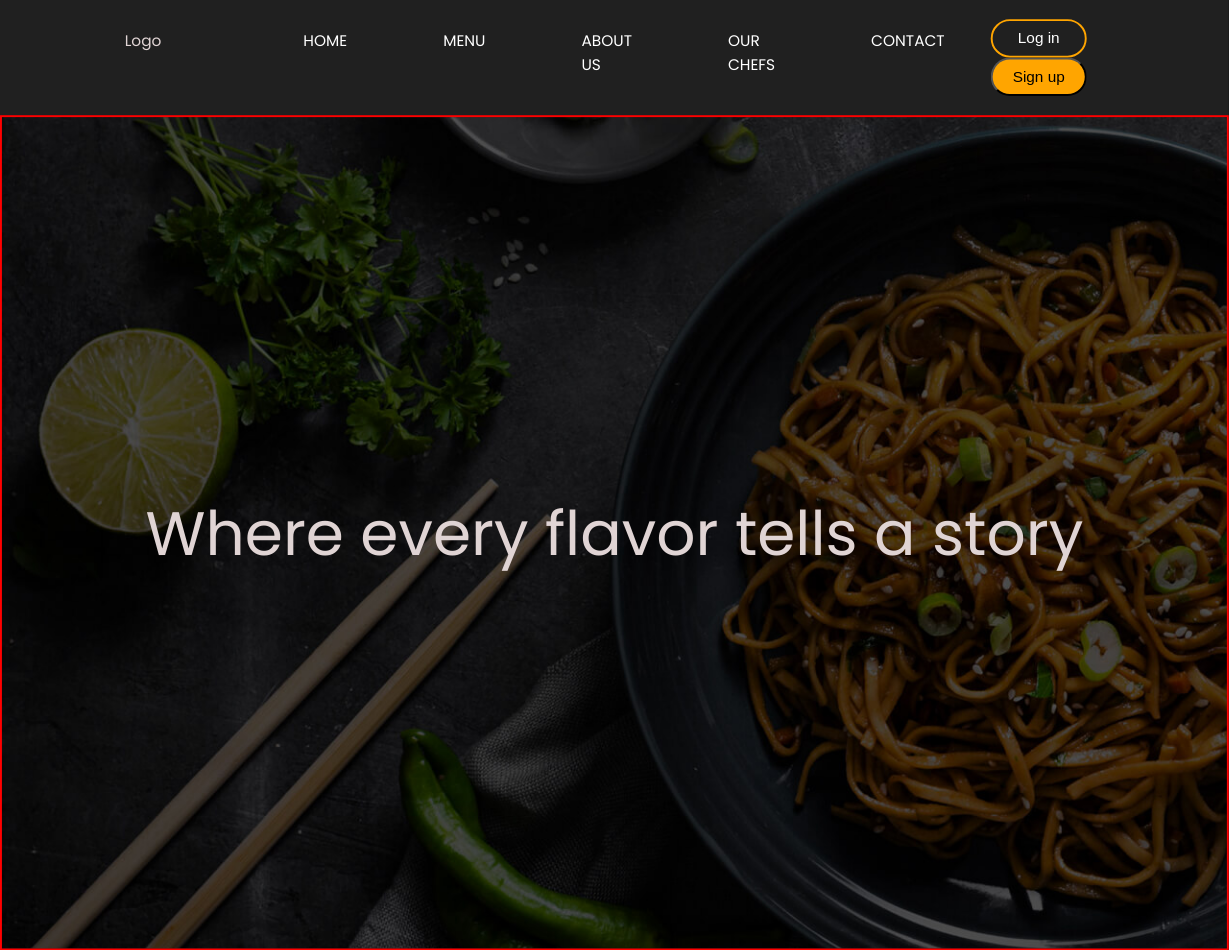
Repository: ThisIsSahaj/NSP
Page: index.html
An editor plug-in stored every save of this project. The page is shown before and after the next save, followed by the edit.
The browser window is 1280 px wide. The pictures show the whole page, at 96% of full size.

Above is the page before, as saved 2023-11-06 13:51:49.

After the next save:
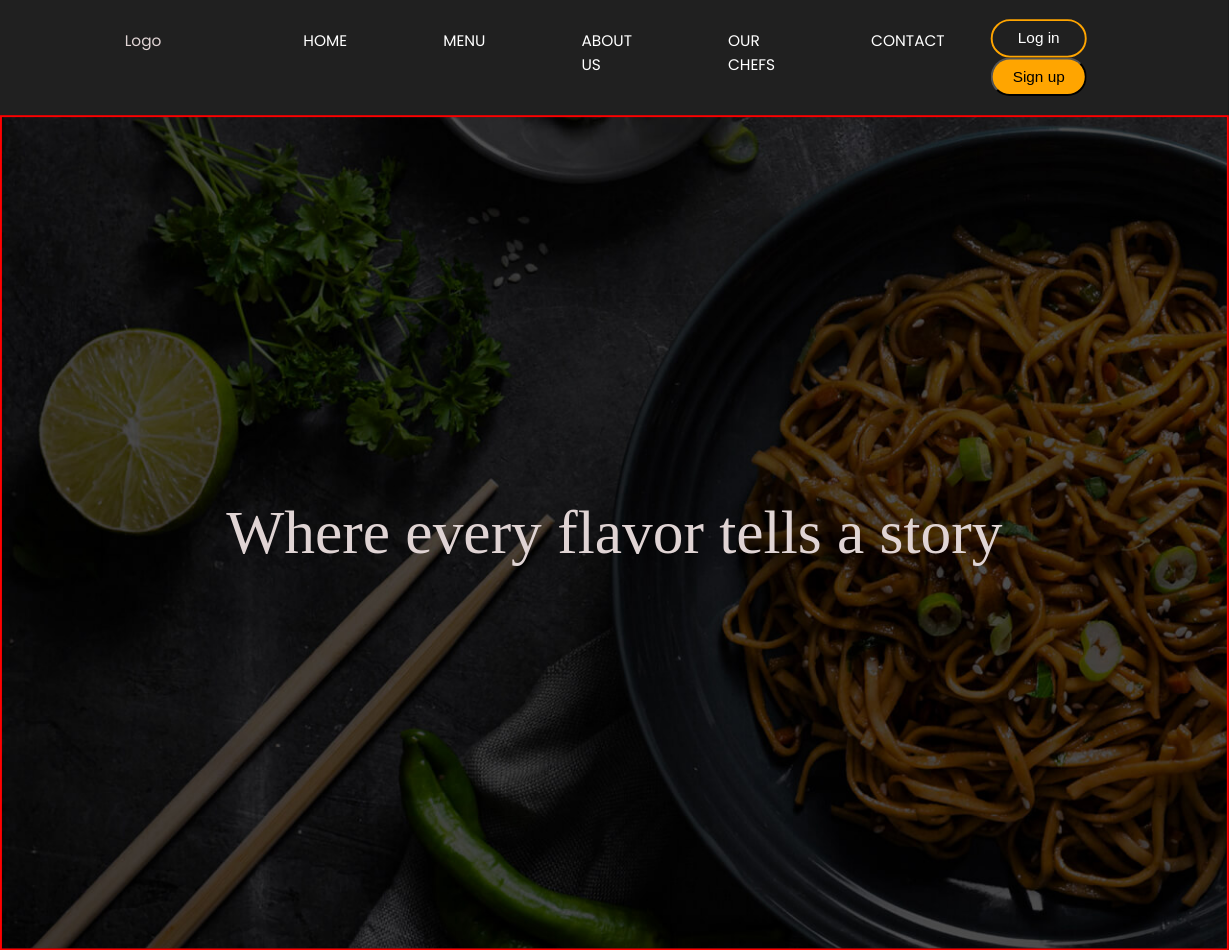
Saved 91 s later.
--- a/style.css
+++ b/style.css
@@ -1,4 +1,6 @@
 @import url('https://fonts.googleapis.com/css2?family=Poppins:wght@300;400;500;600;700&family=Roboto:wght@100;300;400;500;700;900&display=swap');
+
+@import url('https://fonts.googleapis.com/css2?family=Playfair+Display:wght@400;500;600;700;800;900&family=Poppins:wght@300;400;500;600;700&family=Roboto:wght@100;300;400;500;700;900&display=swap');
 
 
 *{
@@ -124,4 +126,5 @@ color: white;
     justify-content: center;
     align-items: center;
     font-size: 64px;
+    font-family: "Playfair+Display";
 }
